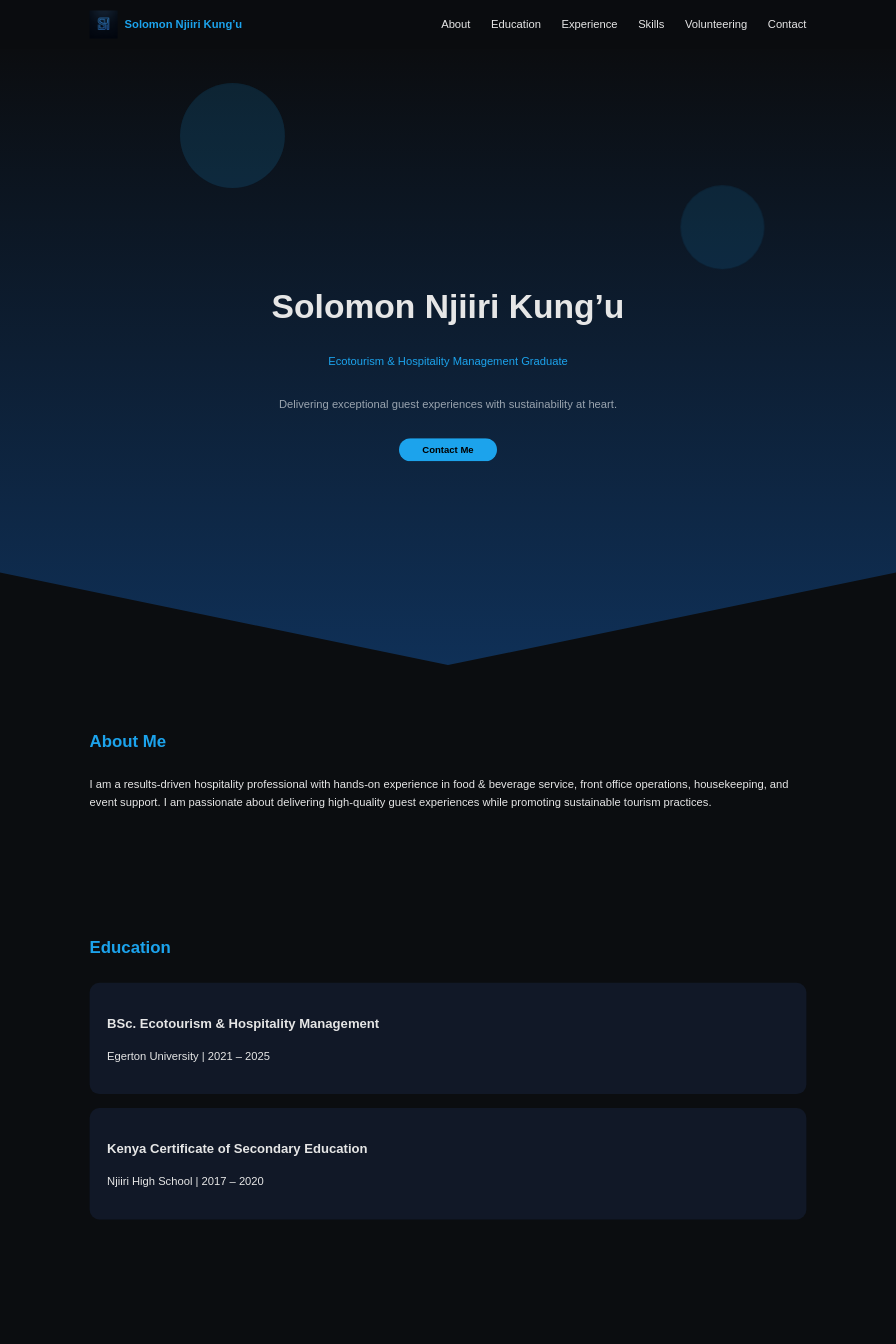
Repository: ladygit-comits/Solomon_Portfolio
Page: index.html
These files come from the project's save history. The page is drawn as it stood at one moment and after a run of saves; the edit follows.
The browser window is 1280 px wide. The pictures show the part of the page from y = 0 to 1920 px (the page is 4438 px tall before and 4288 px after), at 70% of full size.

Above is the page before, as saved 2025-12-31 13:59:04.

After the next 2 saves:
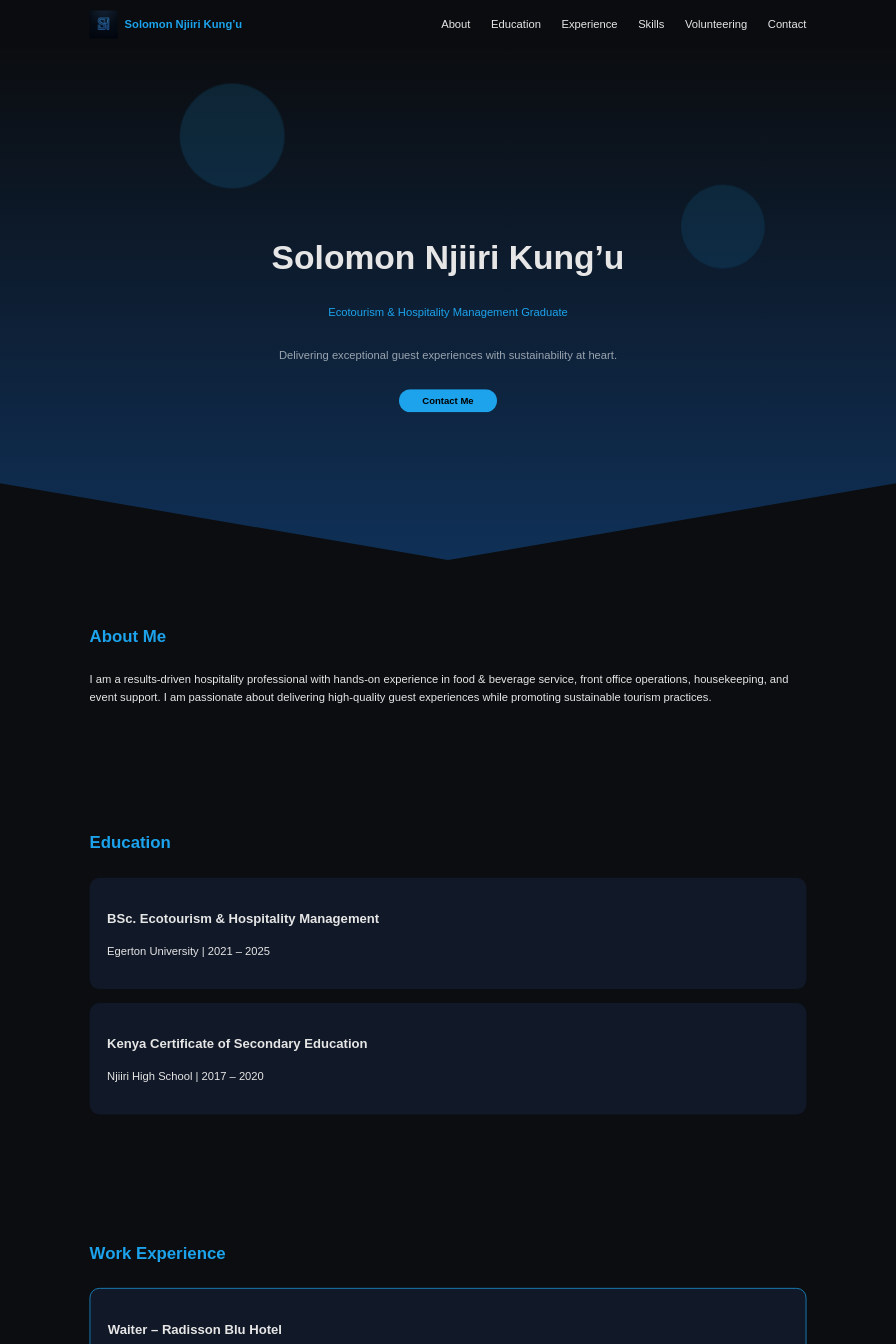
The 2 saves are shown as one change because they came seconds apart.
The last was saved 7 s later.
--- a/style.css
+++ b/style.css
@@ -16,7 +16,7 @@ body {
 
 .hero {
   min-height: 100vh;
-  padding: 80px 20px;
+  padding: 10px 20px 0;
   text-align: center;
   background: linear-gradient(180deg, #0B0D10, #0F3057);
   position: relative;
@@ -26,6 +26,7 @@ body {
   justify-content: center;
   clip-path: polygon(0 0, 100% 0, 100% 85%, 50% 100%, 0 85%);
 }
+
 
 
 .hero h1 {
